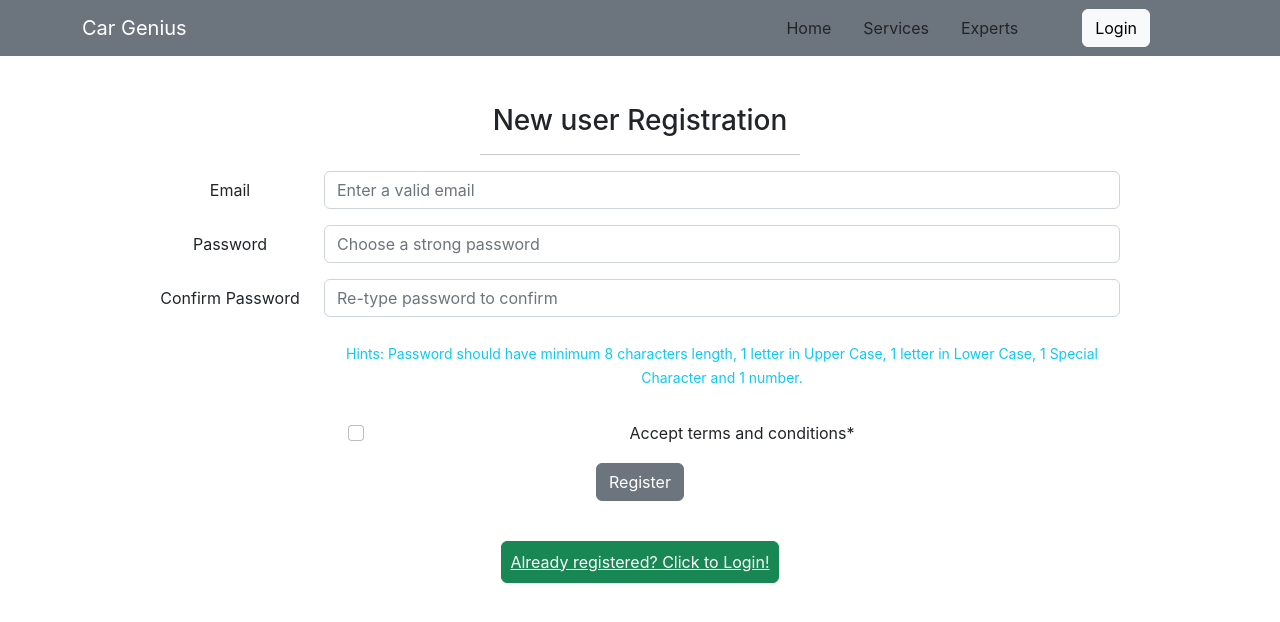
Repository: Sharif-00112/genius-car-service-client
Page: /register
These files come from the project's save history. The page is drawn as it stood at one moment and after the next save; the edit follows.
The browser window is 1280 px wide. The pictures show the whole page.
The project was rebuilt for these pictures with package versions that can differ from the ones it lists, and the page was loaded fresh each time. Also part of the build but not shown: src/Pages/Home/Banner/Banner.js, src/Pages/Home/Expert/Expert.js, src/Pages/Home/Experts/Experts.js, src/Pages/Home/Service/Service.css, src/Pages/Home/Service/Service.js, src/Pages/Home/Services/Services.css, src/Pages/Home/Services/Services.js, src/Pages/Home/Home/Home.js and 4 more.

Above is the page before, as saved 2022-09-08 17:30:57.

### public/index.html
<!DOCTYPE html>
<html lang="en">
  <head>
    <meta charset="utf-8" />
    <link rel="icon" href="%PUBLIC_URL%/favicon.ico" />
    <meta name="viewport" content="width=device-width, initial-scale=1" />
    <meta name="theme-color" content="#000000" />
    <meta
      name="description"
      content="Web site created using create-react-app"
    />
    <link rel="apple-touch-icon" href="%PUBLIC_URL%/logo192.png" />
    <!--
      manifest.json provides metadata used when your web app is installed on a
      user's mobile device or desktop. See https://developers.google.com/web/fundamentals/web-app-manifest/
    -->
    <link rel="manifest" href="%PUBLIC_URL%/manifest.json" />
    <link rel="stylesheet" href="https://cdn.jsdelivr.net/npm/bootstrap@5.2.0/dist/css/bootstrap.min.css">

    <!--
      Notice the use of %PUBLIC_URL% in the tags above.
      It will be replaced with the URL of the `public` folder during the build.
      Only files inside the `public` folder can be referenced from the HTML.

      Unlike "/favicon.ico" or "favicon.ico", "%PUBLIC_URL%/favicon.ico" will
      work correctly both with client-side routing and a non-root public URL.
      Learn how to configure a non-root public URL by running `npm run build`.
    -->
    <title>React App</title>
  </head>
  <body>
    <noscript>You need to enable JavaScript to run this app.</noscript>
    <div id="root"></div>
    <!--
      This HTML file is a template.
      If you open it directly in the browser, you will see an empty page.

      You can add webfonts, meta tags, or analytics to this file.
      The build step will place the bundled scripts into the <body> tag.

      To begin the development, run `npm start` or `yarn start`.
      To create a production bundle, use `npm run build` or `yarn build`.
    -->
  </body>
</html>

### src/App.js
// import logo from './logo.svg';
import './App.css';
import { BrowserRouter as Router, Routes, Route} from 'react-router-dom';
import AuthProvider from './Pages/Login/context/AuthProvider';
import Home from './Pages/Home/Home/Home';
import PrivateRoute from './Pages/Login/PrivateRoute/PrivateRoute'
import NotFound from './Pages/NotFound/NotFound';
import Booking from './Pages/Booking/Booking/Booking';
import Login from './Pages/Login/Login/Login';
import Register from './Pages/Login/Register/Register';
import Header from './Pages/Shared/Header/Header';

function App() {
  return (
    <div className="App">
      <AuthProvider>
        <Router>
          <Header></Header>
          <Routes>
            <Route exact path = '/' element = {<Home></Home>}> </Route>
            <Route exact path = '/home' element = {<Home></Home>}> </Route>
            {/* <Route exact path = '/about' element = {<About></About>}> </Route>
            <Route exact path = '/contact' element = {<Contact></Contact>}> </Route> */}
            <Route exact path = '/login' element = {<Login></Login>}> </Route>
            <Route exact path = '/register' element = {<Register></Register>}> </Route>


            <Route exact path = '/booking/:serviceId' element = {
              <PrivateRoute>
                <Booking></Booking>
              </PrivateRoute>
            }> </Route>

            <Route exact path = '*' element = {<NotFound></NotFound>}> </Route>
          </Routes>
          {/* <Footer></Footer> */}
        </Router>
      </AuthProvider>
    </div>
  );
}

export default App;

### src/Pages/Login/context/AuthProvider.js
import React from 'react';
import { createContext } from 'react';
import useFirebase from '../../../hooks/useFirebase';

//step-1-context
export const AuthContext = createContext();

const AuthProvider = (props) => {
    //step-3-context
    const {children} = props;

    //step-5-context
    const allContext = useFirebase();

    return (
        //step-2-context
        <AuthContext.Provider value={allContext}>
            {children}
        </AuthContext.Provider>
    );
};

export default AuthProvider;

### src/Pages/Login/Register/Register.js
import React from 'react';
import { Link } from 'react-router-dom';
import useAuth from '../../../hooks/useAuth';
// import useAuth from '../../../hooks/useAuth';

const Register = () => {
    const { error, handleRegisterSubmitBtn, handleEmailChange, handlePasswordChange } = useAuth();

    return (
        <div>
            <h3 className='pt-5'>New user Registration</h3> <hr className='w-25 mx-auto'/>

            <form className='w-75 mx-auto' onSubmit={handleRegisterSubmitBtn}>
                <div className="row mb-3">
                    <label for="inputEmail3" className="col-sm-2 col-form-label">Email</label>
                    <div className="col-sm-10">
                    <input onBlur={handleEmailChange} type="email" className="form-control" id="inputEmail3" placeholder='Enter a valid email' required/>
                    </div>
                </div>
                <div className="row mb-3">
                    <label for="inputPassword3" className="col-sm-2 col-form-label">Password</label>
                    <div className="col-sm-10">
                    <input onBlur={handlePasswordChange} type="password" className="form-control" id="inputPassword3" placeholder='Choose a strong password' required/>
                    </div>
                </div>
                {/* ignoring for now  */}
                <div className="row mb-3">
                    <label for="inputPassword3" className="col-sm-2 col-form-label">Confirm Password</label>
                    <div className="col-sm-10">
                    <input type="password" className="form-control" id="inputPassword3" placeholder='Re-type password to confirm' required/>
                    <br />
                    <small className='text-info'>Hints: Password should have minimum 8 characters length, 1 letter in Upper Case, 1 letter in Lower Case, 1 Special Character and 1 number.</small>
                    <br />
                    <p className='text-danger'>{error}</p>
                    </div>
                </div>

                <div className="row mb-3">
                    <div className="col-sm-10 offset-sm-2">
                    <div className="form-check">
                        <input className="form-check-input mx-auto" type="checkbox" id="gridCheck1" required/>
                        <label className="form-check-label" htmlFor="gridCheck1">
                        Accept terms and conditions*
                        </label>
                    </div>
                    </div>
                </div>
                <button type="submit" className="btn btn-secondary">Register</button>
                </form>

            <br />
            <button className='btn btn-success p-2 m-3'><Link className='text-decoration-none text-white' to="/login"><u>Already registered? Click to Login!</u></Link></button>

        </div>
    );
};

export default Register;

### src/Pages/Shared/Header/Header.js
import React from 'react';
import { Button, Container, Nav, Navbar } from 'react-bootstrap';
// import logo from '../../../images/logo.png'
import { Link } from 'react-router-dom';
import { HashLink } from 'react-router-hash-link';
import useAuth from '../../../hooks/useAuth';

const Header = () => {
    const {user, logout} = useAuth();
    return (
        <>
            <Navbar collapseOnSelect expand="lg" bg="secondary" variant="dark" sticky='top'>
                <Container>
                    <Navbar.Brand href="/home">
                        {/* <img src={logo} height="30" alt="" /> */}
                        Car Genius
                    </Navbar.Brand>
                    <Navbar.Toggle />
                    <Navbar.Collapse className="justify-content-end">
                        <Nav.Link as={HashLink} to="/home#home" className='mx-3'>Home</Nav.Link>
                        <Nav.Link as={HashLink} to="/home#services" className='mx-3'>Services</Nav.Link>
                        <Nav.Link as={HashLink} to="/home#experts" className='mx-3'>Experts</Nav.Link>

                        {user?.email ?
                            <div className="">
                                <Navbar.Text className='mx-4 text-info'>
                                    Signed in as: {user?.displayName}
                                </Navbar.Text>
                                <Button onClick={logout} variant='light'>Logout</Button>
                            </div>
                            :
                            <Nav.Link as={Link} to="/login" className='mx-5'><Button variant='light'>Login</Button></Nav.Link>
                        }
                    </Navbar.Collapse>
                </Container>
            </Navbar>
        </>
    );
};

export default Header;

### src/hooks/useFirebase.js
import { useState } from "react";
import initializeAuthentication from "../Pages/Login/Firebase/firebase.initialize";
import { getAuth, signInWithPopup, GoogleAuthProvider, onAuthStateChanged, signOut, GithubAuthProvider, FacebookAuthProvider, createUserWithEmailAndPassword, signInWithEmailAndPassword, sendPasswordResetEmail, updatePassword, sendEmailVerification, updateProfile, } from "firebase/auth";
import { useEffect } from "react";

initializeAuthentication();

const useFirebase = () =>{
    const [user, setUser] = useState({});
    const [error, setError] = useState('');
    const [name, setName] = useState('');
    const [email, setEmail] = useState('');
    const [password, setPassword] = useState('');
    const [isLoading, setIsLoading] = useState(true);

    const googleProvider = new GoogleAuthProvider();
    const gitProvider = new GithubAuthProvider();
    const facebookProvider = new FacebookAuthProvider();
    const auth = getAuth();

    const signInUsingGoogle = () =>{
      setIsLoading(true);
      signInWithPopup(auth, googleProvider)
      .then((result) => {
          // This gives you a Google Access Token. You can use it to access the Google API.
          // const credential = GoogleAuthProvider.credentialFromResult(result);
          // const token = credential.accessToken;
          // The signed-in user info.
          setUser(result.user);
      }).catch((error) => {
          // Handle Errors here.
          setError(error.code);
          setError(error.message);
          // The email of the user's account used.
          setError(error.customData.email);
          // The AuthCredential type that was used.
          setError(GoogleAuthProvider.credentialFromError(error));
      }).finally(() =>{
        setIsLoading(false);
      });
    }

    const signInUsingGithub = () =>{
      signInWithPopup(auth, gitProvider)
      .then((result) => {
        // This gives you a GitHub Access Token. You can use it to access the GitHub API.
        // const credential = GithubAuthProvider.credentialFromResult(result);
        // const token = credential.accessToken;

        // The signed-in user info.
        setUser(result.user);
      }).catch((error) => {
        // Handle Errors here.
        setError(error.code);
        setError(error.message);
        // The email of the user's account used.
        setError(error.customData.email);
        // The AuthCredential type that was used.
        setError(GithubAuthProvider.credentialFromError(error));
      });
    };

    const signInUsingFacebook = () =>{
      signInWithPopup(auth, facebookProvider)
      .then((result) => {
        // The signed-in user info.
        setUser(result.user);

        // This gives you a Facebook Access Token. You can use it to access the Facebook API.
        // const credential = FacebookAuthProvider.credentialFromResult(result);
        // const accessToken = credential.accessToken;
      })
      .catch((error) => {
        // Handle Errors here.
        setError(error.code);
        setError(error.message);
        // The email of the user's account used.
        setError(error.customData.email);
        // The AuthCredential type that was used.
        setError(FacebookAuthProvider.credentialFromError(error));
      });
    };

    const signInUsingTwitter = () =>{
      console.log('Twitter login coming soon...');
      alert('Twitter Login will be added later...');
    };

    const customLogin = (email, password) =>{
      signInWithEmailAndPassword(auth, email, password)
      .then((userCredential) => {
        // Signed in
        setUser(userCredential.user);
      })
      .catch((error) => {
        setError(error.code);
        setError(error.message);
      });
    };

    const customRegister = (email, password) =>{
      createUserWithEmailAndPassword(auth, email, password)
      .then((userCredential) => {
        // Signed in
        // const user = userCredential.user;
        // console.log(user);
      })
      .catch((error) => {
        setError(error.code);
        setError(error.message);
      });
    };

    const handleLoginSubmitBtn = e =>{
      e.preventDefault();
      // console.log(email, password);
      customLogin(email, password);
    }

    const handleRegisterSubmitBtn = e =>{
      e.preventDefault();
      // console.log(email, password);

      if(!/.{8,}/.test(password)){
        setError('Ensure password is of minimum length 8');
        return;
      }
      if(!/(?=.*[A-Z])/.test(password)){
        setError('Ensure password has minimum one uppercase letters');
        return;
      }
      if(!/(?=.*[!@#$%^&*()\-__+.])/.test(password)){
        setError('Ensure password has minimum one special case letter');
        return;
      }
      if(!/(?=.*[0-9])/.test(password)){
        setError('Ensure password has minimum one digits');
        return;
      }
      if(!/(?=.*[a-z])/.test(password)){
        setError('Ensure password has minimum one lowercase letters');
        return;
      }
      customRegister(email, password);
    }

    const handleNameChange = e =>{
      setName(e.target.value);
    }

    const handleEmailChange = e =>{
      setEmail(e.target.value);
    }

    const handlePasswordChange = e =>{
      setPassword(e.target.value);
    }

    const handleForgotPassword = () =>{
      sendPasswordResetEmail(auth, email)
      .then(() => {
        // Password reset email sent!
      })
      .catch((error) => {
        setError(error.code);
        setError(error.message);
      });
    }

    const handleChangePassword = () =>{
      const user = auth.currentUser;
      const newPassword = password;
      updatePassword(user, newPassword).then(() => {
        // Update successful.
      }).catch((error) => {
        setError(error.code);
        setError(error.message);
      });
    }

    const setUserName = () =>{
      updateProfile(auth.currentUser, {
        displayName: name
      }).then(() => {
        // Profile updated!
      }).catch((error) => {
        setError(error.code);
        setError(error.message);
      });
    }

    const verifyEmail = () =>{
      sendEmailVerification(auth.currentUser)
      .then(() => {
        // Email verification sent!
      }).catch((error) => {
        setError(error.code);
        setError(error.message);
      });
    }

    //observe user login change
    useEffect(()=>{
        const unsubscribe = onAuthStateChanged(auth, (user) => {
            if (user) {
              // User is signed in
              setUser(user);
            } else {
              // User is signed out
              setUser({});
            }
            setIsLoading(false);
          });
          return () => unsubscribe;
    },[auth]);

    const logout = () =>{
      setIsLoading(true);
      signOut(auth)
      .then(() => {
          // Sign-out successful.
          setUser({});
        }).catch((error) => {
          setError(error);
        }).finally(()=>{
          setIsLoading(false);
        });
    }

    return {
      signInUsingGoogle,
      signInUsingGithub,
      signInUsingFacebook,
      signInUsingTwitter,
      customLogin,
      customRegister,
      handleLoginSubmitBtn,
      handleRegisterSubmitBtn,
      handleNameChange,
      handleEmailChange,
      handlePasswordChange,
      handleForgotPassword,
      handleChangePassword,
      verifyEmail,
      setUserName,
      logout,
      user,
      error,
      isLoading
    };
}

export default useFirebase;

### src/hooks/useAuth.js
//step-6-context

import { useContext } from "react"
import { AuthContext } from "../../src/Pages/Login/context/AuthProvider"

const useAuth = () =>{
    return useContext(AuthContext);
}

export default useAuth;

### src/Pages/Login/Firebase/firebase.initialize.js
import { initializeApp } from "firebase/app";
import firebaseConfig from "./firebase.config";

const initializeAuthentication = () =>{
    initializeApp(firebaseConfig);
}

export default initializeAuthentication;

### src/Pages/Login/Firebase/firebase.config.js
// console.log(process.env);

const firebaseConfig = {
  apiKey: process.env.REACT_APP_FIREBASE_API_KEY,
  authDomain: process.env.REACT_APP_FIREBASE_AUTH_DOMAIN,
  projectId: process.env.REACT_APP_FIREBASE_PROJECT_ID,
  storageBucket: process.env.REACT_APP_FIREBASE_STORAGE_BUCKET,
  messagingSenderId: process.env.REACT_APP_FIREBASE_MESSAGING_SENDER_ID,
  appId: process.env.REACT_APP_FIREBASE_APP_ID,
  measurementId: process.env.REACT_APP_FIREBASE_MEASUREMENT_ID
};

export default firebaseConfig;

Loaded but not shown: src/index.js (common file); src/index.css (common file); src/reportWebVitals.js (common file); src/App.css (common file)

After the next save:
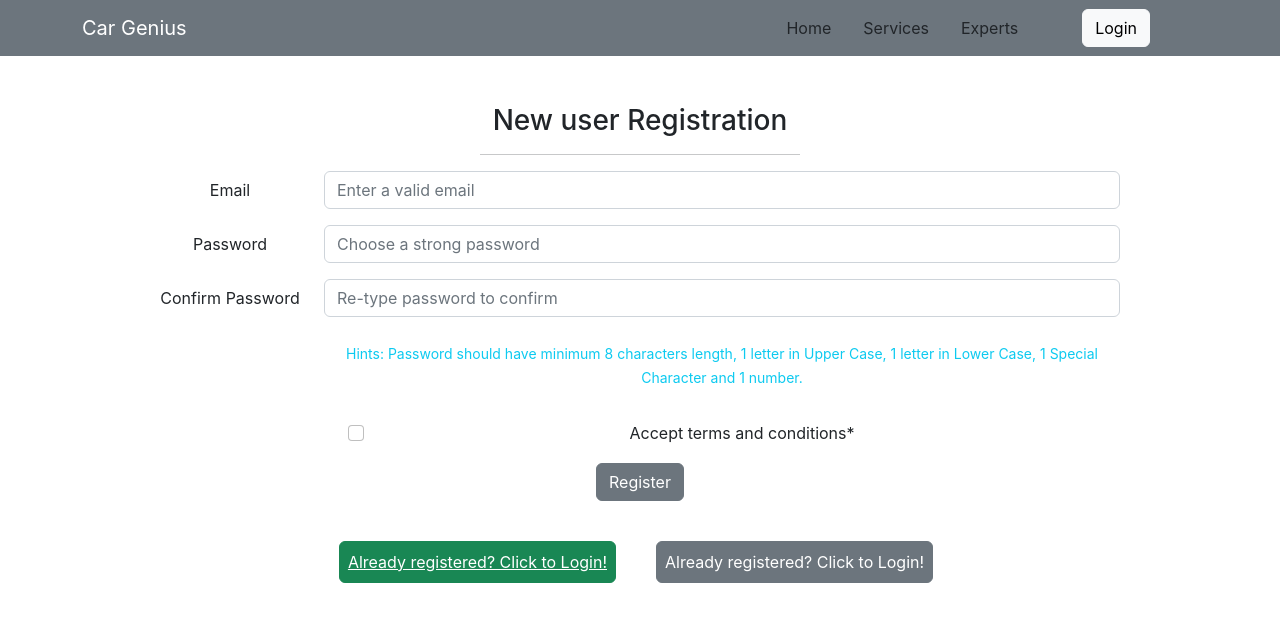
Saved 67 s later.
--- a/src/Pages/Login/Register/Register.js
+++ b/src/Pages/Login/Register/Register.js
@@ -51,6 +51,8 @@ const Register = () => {
             <br />
             <button className='btn btn-success p-2 m-3'><Link className='text-decoration-none text-white' to="/login"><u>Already registered? Click to Login!</u></Link></button>
 
+            <Link className='text-decoration-none text-white m-2' to="/login"><u><button className='btn btn-secondary p-2 m-3'>Already registered? Click to Login!</button></u></Link>
+
         </div>
     );
 };
